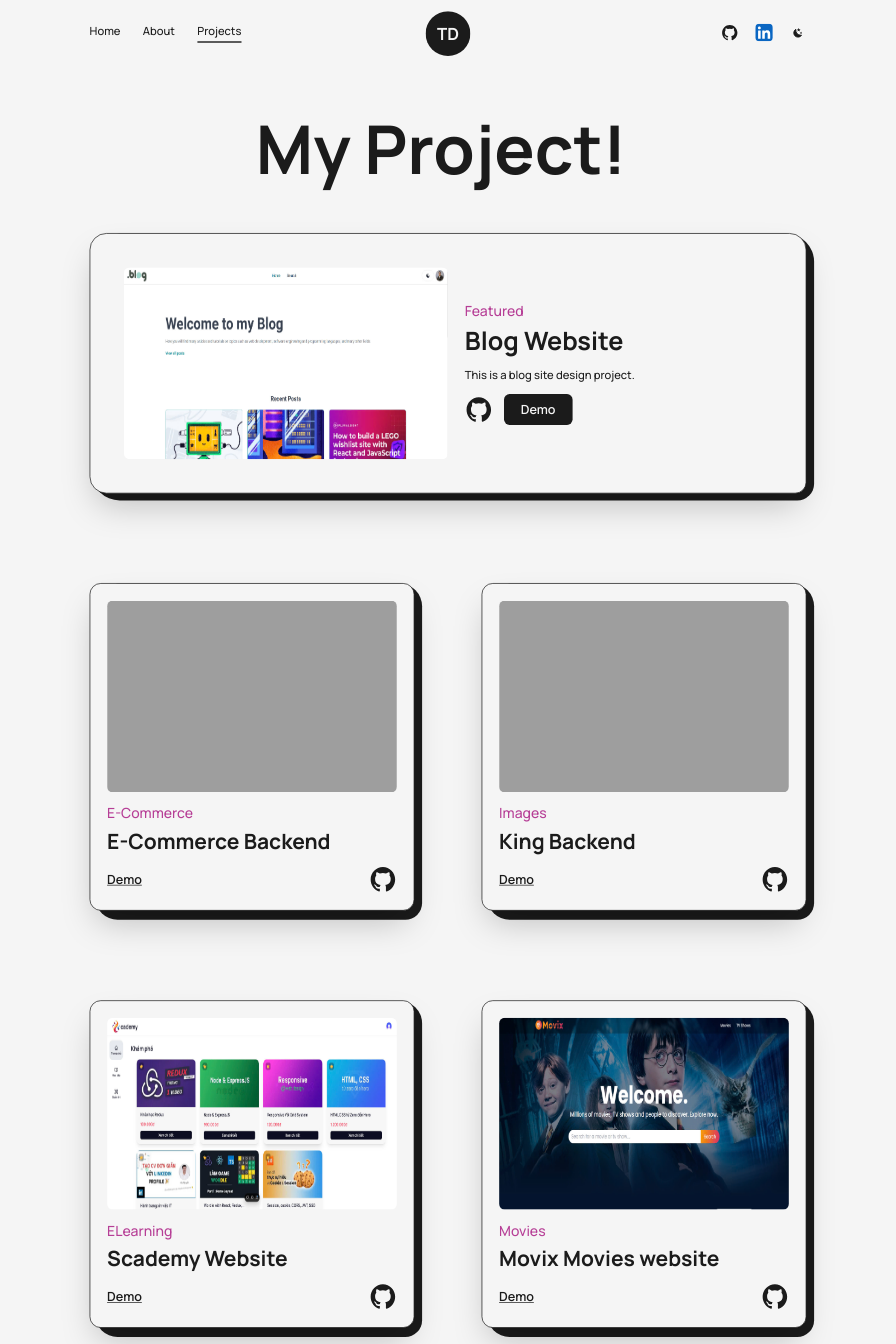
Repository: Dev-ThanhDat/portfolio
Page: /projects
These files come from the project's save history. The page is drawn as it stood at one moment and after the next save; the edit follows.
The browser window is 1280 px wide. The pictures show the part of the page from y = 0 to 1920 px (the page is 5095 px tall), at 70% of full size.
Pictures or frames that could not be fetched are drawn as grey boxes. The project was rebuilt for these pictures with package versions that can differ from the ones it lists, and the page was loaded fresh each time. The framework's server and built-in components were replaced by stand-ins that run in the browser. Also part of the build but not shown: next.config.mjs, src/assets/icons/SunIcon.js, src/components/NavMobile/index.js.

Above is the page before, as saved 2024-12-29 14:40:33.

After the next save:
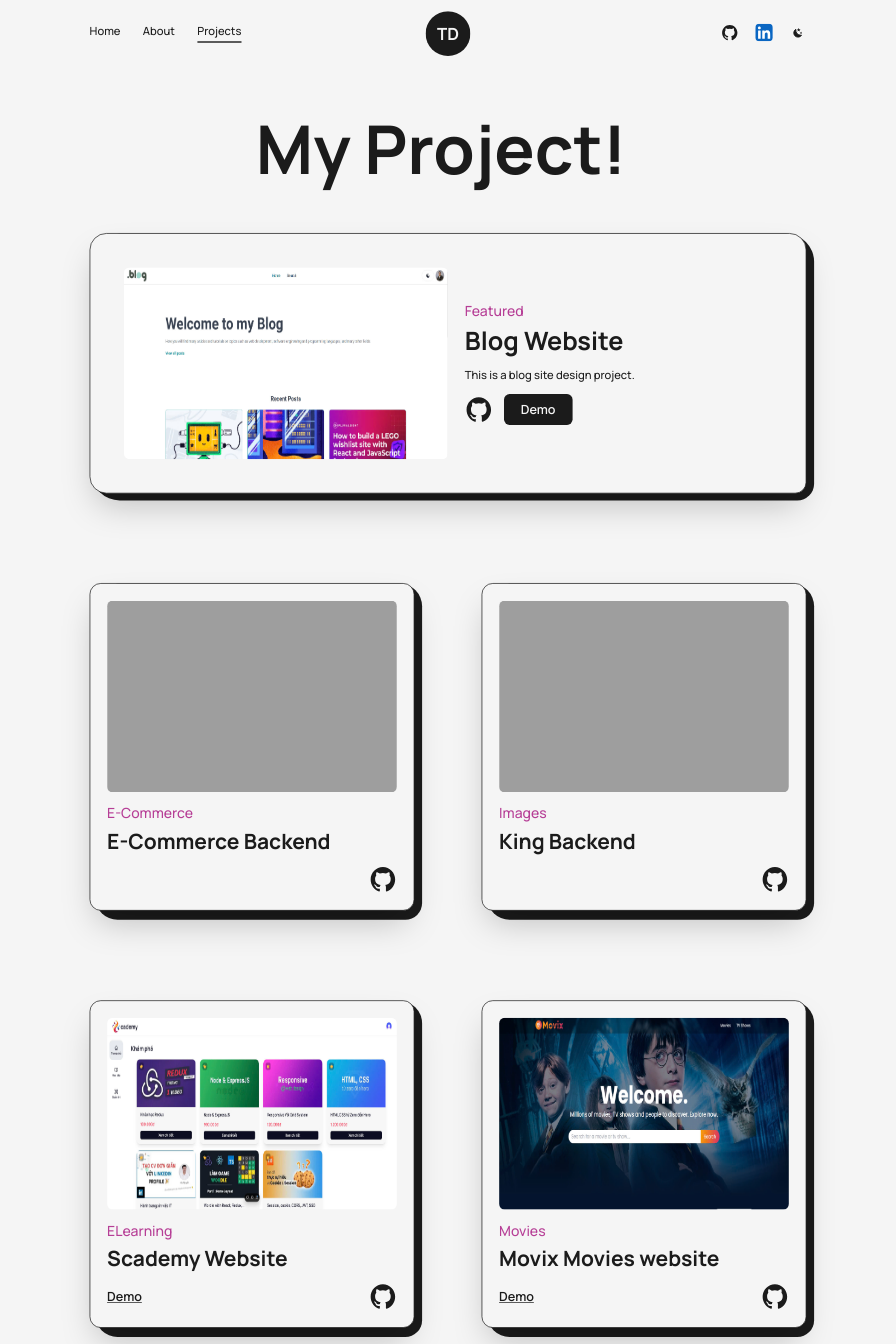
Saved 33 s later.
--- a/src/components/Project/index.js
+++ b/src/components/Project/index.js
@@ -46,7 +46,7 @@
             target='_blank'
             className='text-lg font-semibold underline transition-all hover:opacity-90 md:text-base'
           >
-            Demo
+            {link ? 'Demo' : ''}
           </Link>
           <Link
             href={github}
